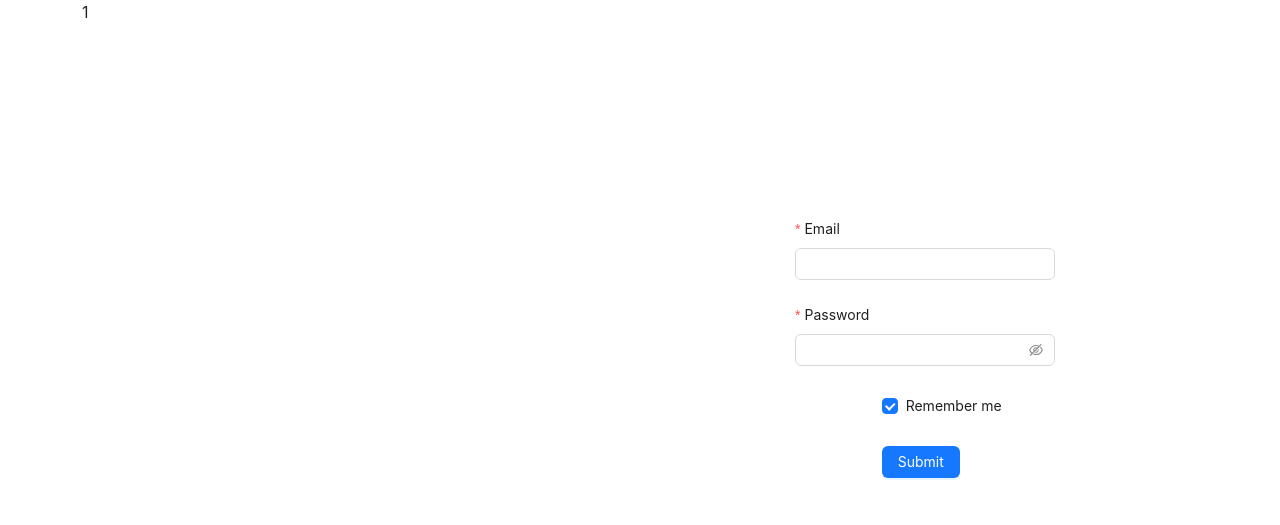
Repository: di-huynh-dev/kanban-inventory-management
Page: /
An editor plug-in stored every save of this project. The page is shown before and after the next save, followed by the edit.
The browser window is 1280 px wide. The pictures show the whole page.
The project was rebuilt for these pictures with package versions that can differ from the ones it lists, and the page was loaded fresh each time. Also part of the build but not shown: src/App.css, src/pages/auth/SignUp.tsx, src/routers/MainRouter.tsx.

Above is the page before, as saved 2024-09-07 11:51:43.

### public/index.html
<!DOCTYPE html>
<html lang="en">
  <head>
    <meta charset="utf-8" />
    <link rel="icon" href="%PUBLIC_URL%/favicon.ico" />
    <meta name="viewport" content="width=device-width, initial-scale=1" />
    <meta name="theme-color" content="#000000" />
    <meta
      name="description"
      content="Web site created using create-react-app"
    />
    <link rel="apple-touch-icon" href="%PUBLIC_URL%/logo192.png" />
    <link
      rel="stylesheet"
      href="https://cdn.jsdelivr.net/npm/bootstrap@5.3.2/dist/css/bootstrap.min.css"
      integrity="sha384-T3c6CoIi6uLrA9TneNEoa7RxnatzjcDSCmG1MXxSR1GAsXEV/Dwwykc2MPK8M2HN"
      crossorigin="anonymous"
    />
    <!--
      manifest.json provides metadata used when your web app is installed on a
      user's mobile device or desktop. See https://developers.google.com/web/fundamentals/web-app-manifest/
    -->
    <link rel="manifest" href="%PUBLIC_URL%/manifest.json" />
    <!--
      Notice the use of %PUBLIC_URL% in the tags above.
      It will be replaced with the URL of the `public` folder during the build.
      Only files inside the `public` folder can be referenced from the HTML.

      Unlike "/favicon.ico" or "favicon.ico", "%PUBLIC_URL%/favicon.ico" will
      work correctly both with client-side routing and a non-root public URL.
      Learn how to configure a non-root public URL by running `npm run build`.
    -->
    <title>React App</title>
  </head>
  <body>
    <noscript>You need to enable JavaScript to run this app.</noscript>
    <div id="root"></div>
    <!--
      This HTML file is a template.
      If you open it directly in the browser, you will see an empty page.

      You can add webfonts, meta tags, or analytics to this file.
      The build step will place the bundled scripts into the <body> tag.

      To begin the development, run `npm start` or `yarn start`.
      To create a production bundle, use `npm run build` or `yarn build`.
    -->
  </body>
</html>

### src/index.css
body {
  margin: 0;
  font-family: -apple-system, BlinkMacSystemFont, 'Segoe UI', 'Roboto', 'Oxygen', 'Ubuntu', 'Cantarell', 'Fira Sans',
    'Droid Sans', 'Helvetica Neue', sans-serif;
  -webkit-font-smoothing: antialiased;
  -moz-osx-font-smoothing: grayscale;
}

code {
  font-family: source-code-pro, Menlo, Monaco, Consolas, 'Courier New', monospace;
}

.content-center {
  height: 100vh;
  justify-content: center;
  align-items: center;
  display: flex;
}

### src/App.tsx
import './App.css'
import Routers from './routers/Routers'

function App() {
  return <Routers />
}

export default App

### src/routers/Routers.tsx
import AuthRouter from './AuthRouter'
import MainRouter from './MainRouter'

const Routers = () => {
  return 1 < 2 ? <AuthRouter></AuthRouter> : <MainRouter></MainRouter>
}

export default Routers

### src/routers/AuthRouter.tsx
import { createBrowserRouter, RouterProvider } from 'react-router-dom'
import { LoginPage, SignUpPage } from '../pages'

const authRouter = createBrowserRouter([
  {
    path: '/',
    element: <LoginPage></LoginPage>,
  },
  {
    path: '/sign-up',
    element: <SignUpPage></SignUpPage>,
  },
])
const AuthRouter = () => {
  return (
    <div className="container">
      <div className="row">
        <div className="col">1</div>
        <div className="col content-center">
          <RouterProvider router={authRouter} />
        </div>
      </div>
    </div>
  )
}

export default AuthRouter

### src/pages/index.ts
import LoginPage from './auth/Login'
import SignUpPage from './auth/SignUp'

export { LoginPage, SignUpPage }

### src/pages/auth/Login.tsx
import type { FormProps } from 'antd'
import { Button, Checkbox, Form, Input } from 'antd'

type FieldType = {
  email?: string
  password?: string
  remember?: string
}

const LoginPage = () => {
  const onFinish: FormProps<FieldType>['onFinish'] = (values) => {
    console.log('Success:', values)
  }

  const onFinishFailed: FormProps<FieldType>['onFinishFailed'] = (errorInfo) => {
    console.log('Failed:', errorInfo)
  }
  return (
    <Form
      layout="vertical"
      initialValues={{ remember: true }}
      onFinish={onFinish}
      onFinishFailed={onFinishFailed}
      autoComplete="off"
    >
      <Form.Item<FieldType>
        label="Email"
        name="email"
        rules={[{ required: true, message: 'Please input your username!' }]}
      >
        <Input />
      </Form.Item>

      <Form.Item<FieldType>
        label="Password"
        name="password"
        rules={[{ required: true, message: 'Please input your password!' }]}
      >
        <Input.Password />
      </Form.Item>

      <div className="row">
        <div className="col">
          <Form.Item<FieldType> name="remember" valuePropName="checked" wrapperCol={{ offset: 8, span: 16 }}>
            <Checkbox>Remember me</Checkbox>
          </Form.Item>
        </div>
      </div>

      <Form.Item wrapperCol={{ offset: 8, span: 16 }}>
        <Button type="primary" htmlType="submit">
          Submit
        </Button>
      </Form.Item>
    </Form>
  )
}

export default LoginPage

Loaded but not shown: src/index.tsx (common file); src/reportWebVitals.ts (common file)

After the next save:
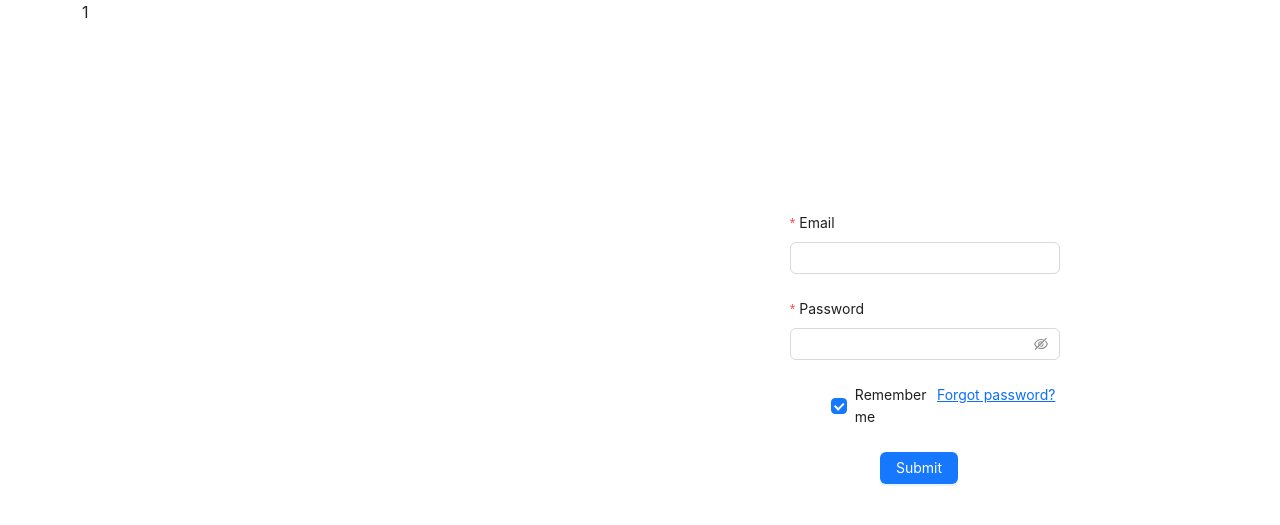
Saved 19 s later.
--- a/src/pages/auth/Login.tsx
+++ b/src/pages/auth/Login.tsx
@@ -1,5 +1,6 @@
 import type { FormProps } from 'antd'
 import { Button, Checkbox, Form, Input } from 'antd'
+import { Link } from 'react-router-dom'
 
 type FieldType = {
   email?: string
@@ -45,6 +46,10 @@ const LoginPage = () => {
             <Checkbox>Remember me</Checkbox>
           </Form.Item>
         </div>
+
+        <div className="col text-right">
+          <Link to={'/'}>Forgot password?</Link>
+        </div>
       </div>
 
       <Form.Item wrapperCol={{ offset: 8, span: 16 }}>
